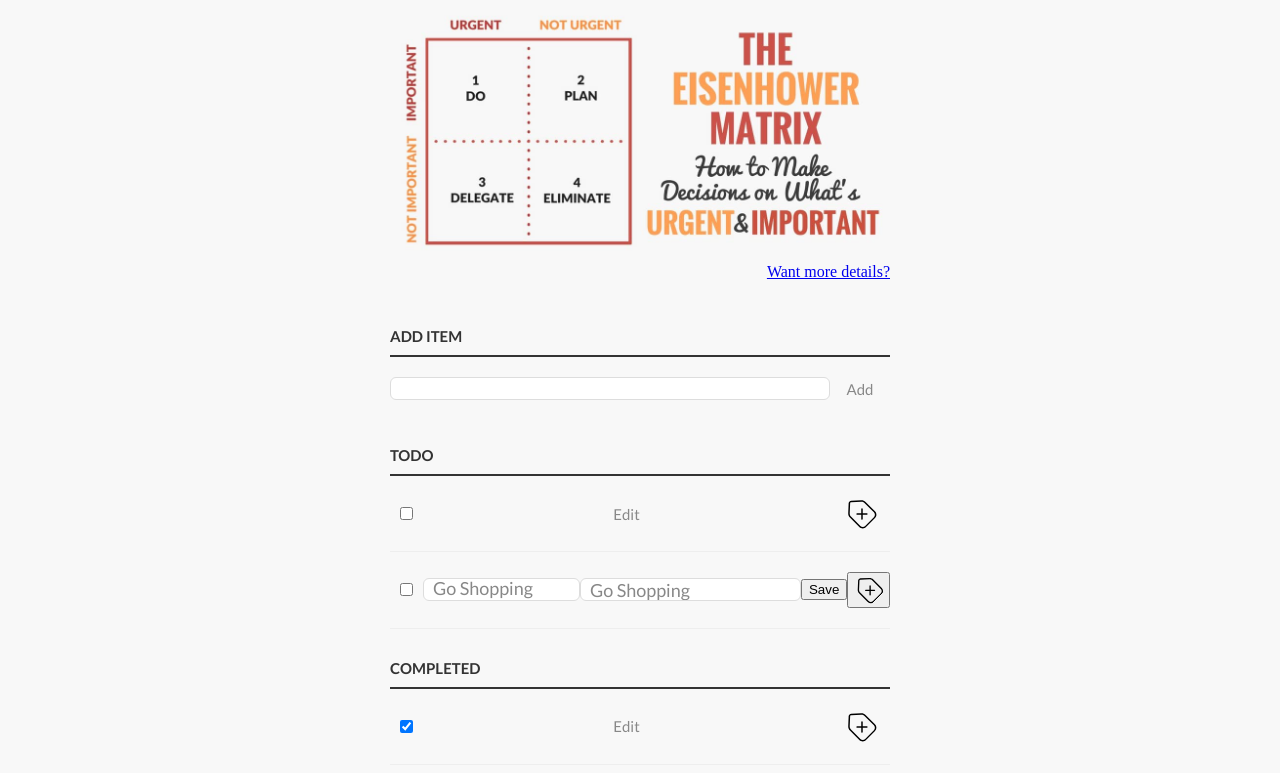
Repository: AlekseyRD88/clean-code-s1e1
Page: index.html
These files come from the project's save history. The page is drawn as it stood at one moment and after the next save; the edit follows.
The browser window is 1280 px wide. The pictures show the whole page.

Above is the page before, as saved 2024-12-15 14:57:21.

After the next save:
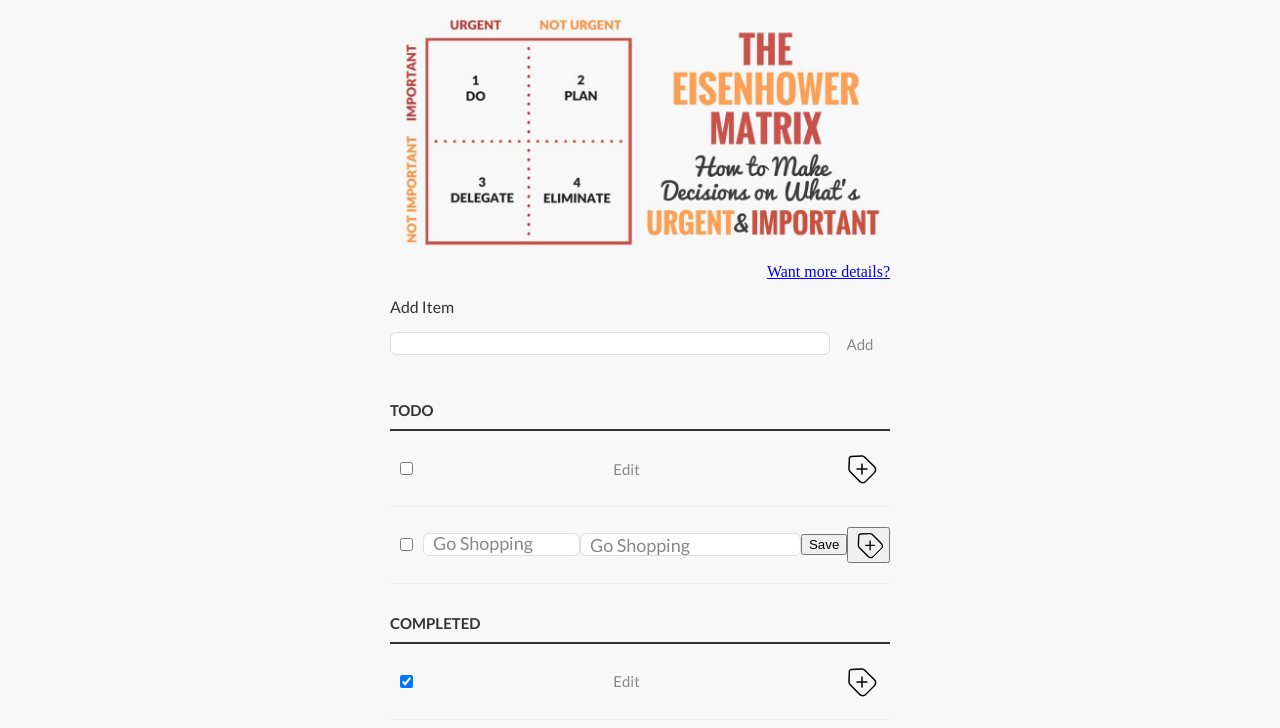
Saved 76 s later.
--- a/index.html
+++ b/index.html
@@ -11,9 +11,9 @@
     </header>
     <main class="center-element">
       <p id="add-elem">
-      <label for="new-task" class="new-task">Add Item</label>
+      <label for="new-task">Add Item</label>
         <div class="task-wrapper">
-          <input id="new-task" class="task task-label" type="text">
+          <input id="new-task" class="task" type="text">
           <button class="button">Add</button>
         </div>
       </p>
